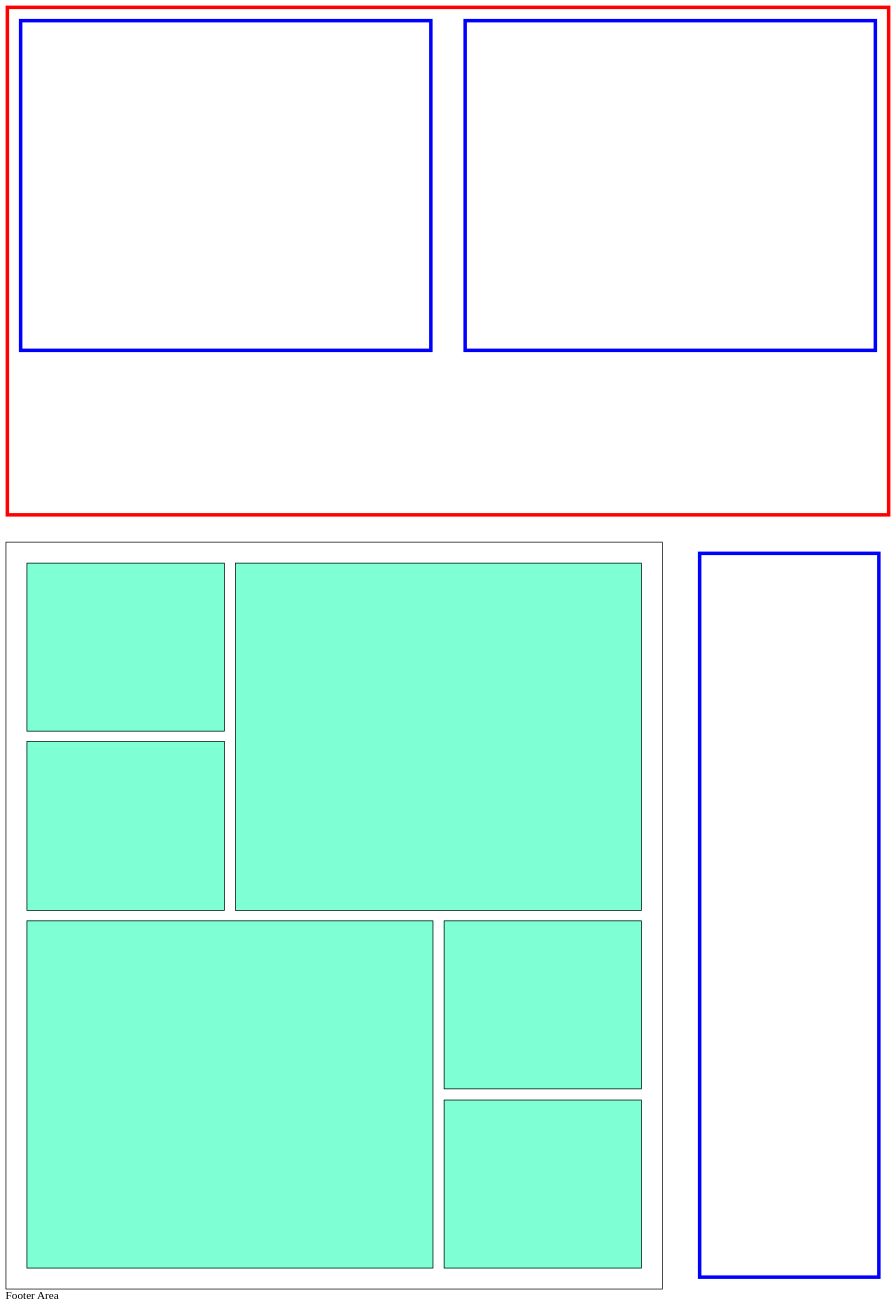
Repository: BwesewB/Brutalist-Website
Page: /
The author's editor kept a copy of each file at every save. The page is drawn from the files as they stood at one save, then again after the next save.
The browser window is 1280 px wide. The pictures show the whole page, at 70% of full size.
The project was rebuilt for these pictures with package versions that can differ from the ones it lists, and the page was loaded fresh each time. The framework's server and built-in components were replaced by stand-ins that run in the browser. Also part of the build but not shown: next.config.mjs.

Above is the page before, as saved 2024-02-03 17:46:48.

### pages/index.js
import Head from "next/head";
import Image from "next/image";
import styles from "@/styles/Home.module.css";
import { useState } from "react";



export default function Home() {

  const[input,setInput] = useState();


  const classFilters = {
    1: 'Magician',
    2: 'Theif',
    4: 'Warrior',
    8: 'Bowman',
    16: 'Pirate',
    32: 'Nothing'
  }

const getClassStyle = flagValue => (input & flagValue) > 0 ? { backgroundColor: 'yellow'} : null;

  return (
    <>
      <Head>
        <title>Create Next App</title>
        <meta name="description" content="Generated by create next app" />
        <meta name="viewport" content="width=device-width, initial-scale=1" />
        <link rel="icon" href="/favicon.ico" />
      </Head>
      <main className={`${styles.main}`}>
        <div className={styles.titlePage}>
          <div className={styles.graphic}></div>
          <div className={styles.displayPanel}></div>
        </div>
        <div className={styles.inputArea}></div>
        <div className={styles.displayArea}>
          <div className={styles.posterOne}></div>
          <div className={styles.posterTwo}></div>
          <div className={styles.posterThree}></div>
          <div className={styles.posterFour}></div>
          <div className={styles.posterFive}></div>
          <div className={styles.posterSix}></div>
        </div>
      </main>
      <footer>
        Footer Area
      </footer>
    </>
  );
}

{/* <div class="inputArea">
<input
id="input"
type="text"
placeholder="bitmask decimal value"
value={input}
onChange={event => setInput(event.target.value)}
/>
</div>
<div class="posterArea" >                                                             need to change to posters
<table>
  <tbody>
    {
      Object.keys(classFilters).map(item => (
        <tr key={item} style={getClassStyle(item)}>
          <td>{item}</td>
          <td>{classFilters[item]}</td>
        </tr>
      ))
    }
  </tbody>
</table>
</div> */}

### styles/globals.css
:root{

}

### styles/Home.module.css
.main {
  display:grid;
  grid-template-columns: repeat(4, 1fr);
  gap:5vh;
  box-sizing: border-box;
}

/* <div class="titlePage">
<div class="graphic"></div>
<div class="inputArea"></div>
</div>
<div class="displayArea">
<div class="posterOne"></div>
<div class="posterTwo"></div>
<div class="posterThree"></div>
<div class="posterFour"></div>
<div class="posterFive"></div>
<div class="posterSix"></div>
</div> */

.titlePage{
  height:100vh;
  grid-column: 1/5;
  border: 5px solid red;
/*---------------------------------------------------------------------------------------------------------*/
  display:grid;
  grid-template-columns: repeat(2, 1fr);
  grid-template-rows: 70vh;
  gap:2vh;
}

.graphic, .displayPanel, .inputArea{
  border: 5px solid blue;
  margin:2vh;
}

.graphic{
  grid-column: 1/2;
}

.displayPanel{
  grid-column: 2/3;
  grid-template-columns: repeat(2, 1fr);
}

.inputArea{
  grid-column: 4/5;
  grid-row:2/3;
}

/*---------------------------------------------------------------------------------------------------------*/
.displayArea {
  grid-column: 1/4;
/*--------------------------------------------------------------------------------------------------------- This needs to be in a component*/
  display: grid;
  grid-template-columns: repeat(3, 1fr);
  grid-template-rows: repeat(4, 1fr);
  gap: 2vh;
  border: 1px solid black;
  height:140vh;
  padding: 4vh;
}
/*---------------------------------------------------------------------------------------------------------*/

.posterOne,
.posterTwo,
.posterThree,
.posterFour,
.posterFive,
.posterSix {
  background-color: aquamarine;
  border: 1px solid black;
}

.posterTwo{
  grid-column: 2/4;
  grid-row: 1/3;
}

.posterFour{
  grid-column: 1/3;
  grid-row: 3/5;
}

Loaded but not shown: pages/_app.js (common file); pages/_document.js (common file)

After the next save:
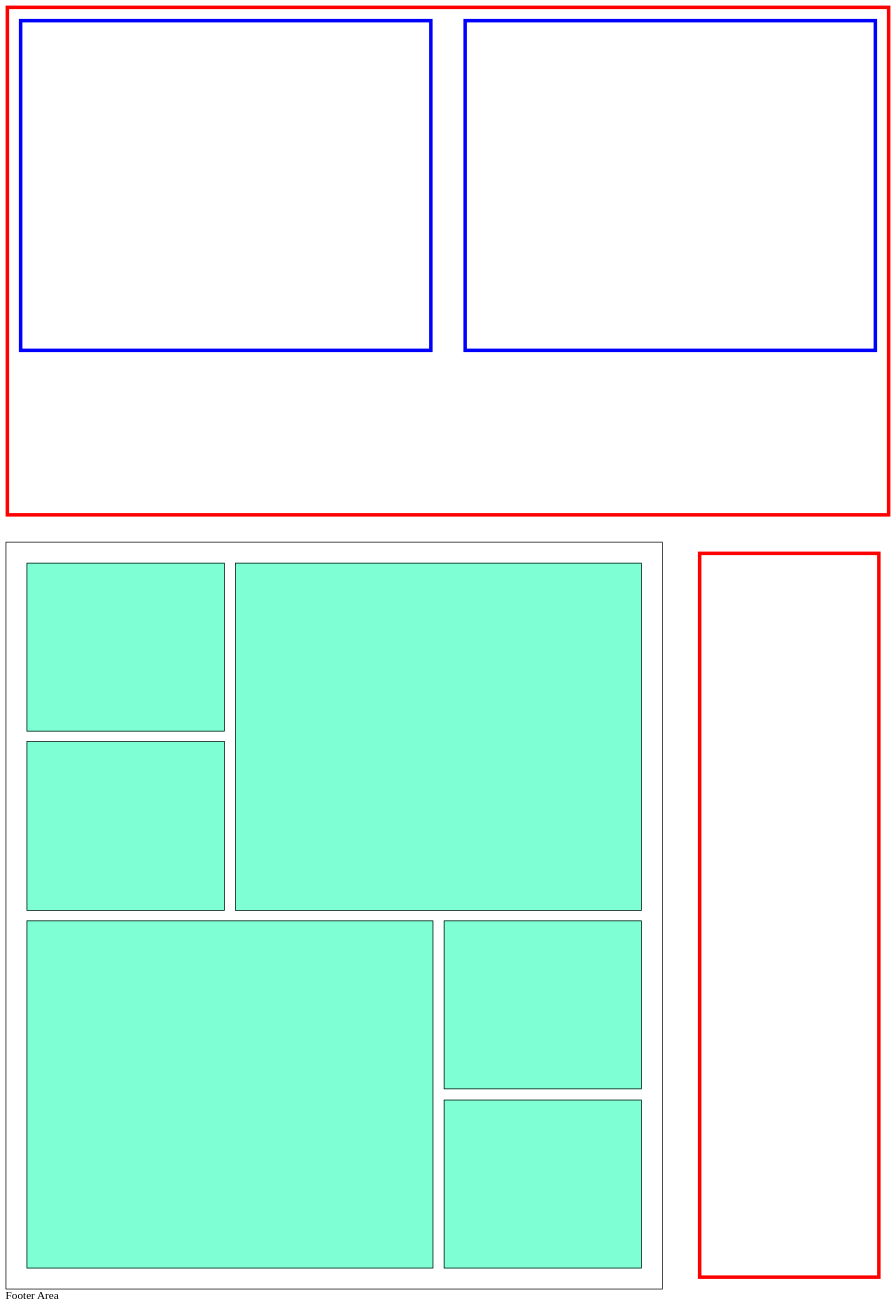
Saved 22 s later.
--- a/styles/Home.module.css
+++ b/styles/Home.module.css
@@ -29,7 +29,7 @@
   gap:2vh;
 }
 
-.graphic, .displayPanel, .inputArea{
+.graphic, .displayPanel{
   border: 5px solid blue;
   margin:2vh;
 }
@@ -44,6 +44,8 @@
 }
 
 .inputArea{
+  border: 5px solid red;
+  margin:2vh;
   grid-column: 4/5;
   grid-row:2/3;
 }
